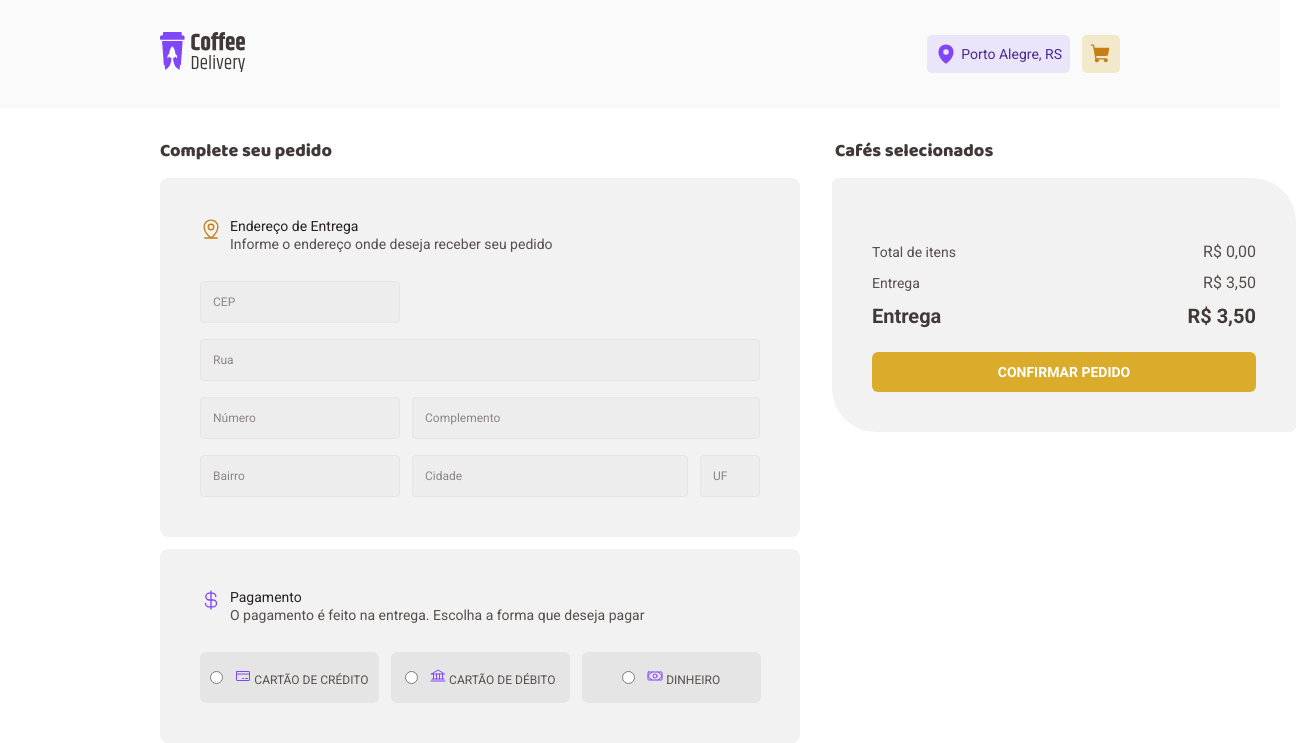
Repository: caueenrico/CoffeDelivery
Page: /checkout
An editor plug-in stored every save of this project. The page is shown before and after a run of saves, followed by the edit.
The browser window is 1280 px wide. The page is 1296 px wide, then 1280 px, then 1296 px, so the pictures cover 1296 px, including what lies to the right of the window. The pictures show the whole page.
The project was rebuilt for these pictures with package versions that can differ from the ones it lists, and the page was loaded fresh each time. Also part of the build but not shown: vite.config.ts, src/components/IpuntNumber/styles.ts, src/components/IpuntNumber/index.tsx, src/pages/CheckOut/components/SelectedCoffes/styles.ts, src/pages/CheckOut/components/SelectedCoffes/index.tsx, src/pages/CheckOut/Pages/Success/styles.ts, src/pages/CheckOut/Pages/Success/components/SendRequest/styles.ts, src/pages/CheckOut/Pages/Success/components/SendRequest/index.tsx and 8 more.

Above is the page before, as saved 2022-10-06 17:54:15.

After the next 8 saves:
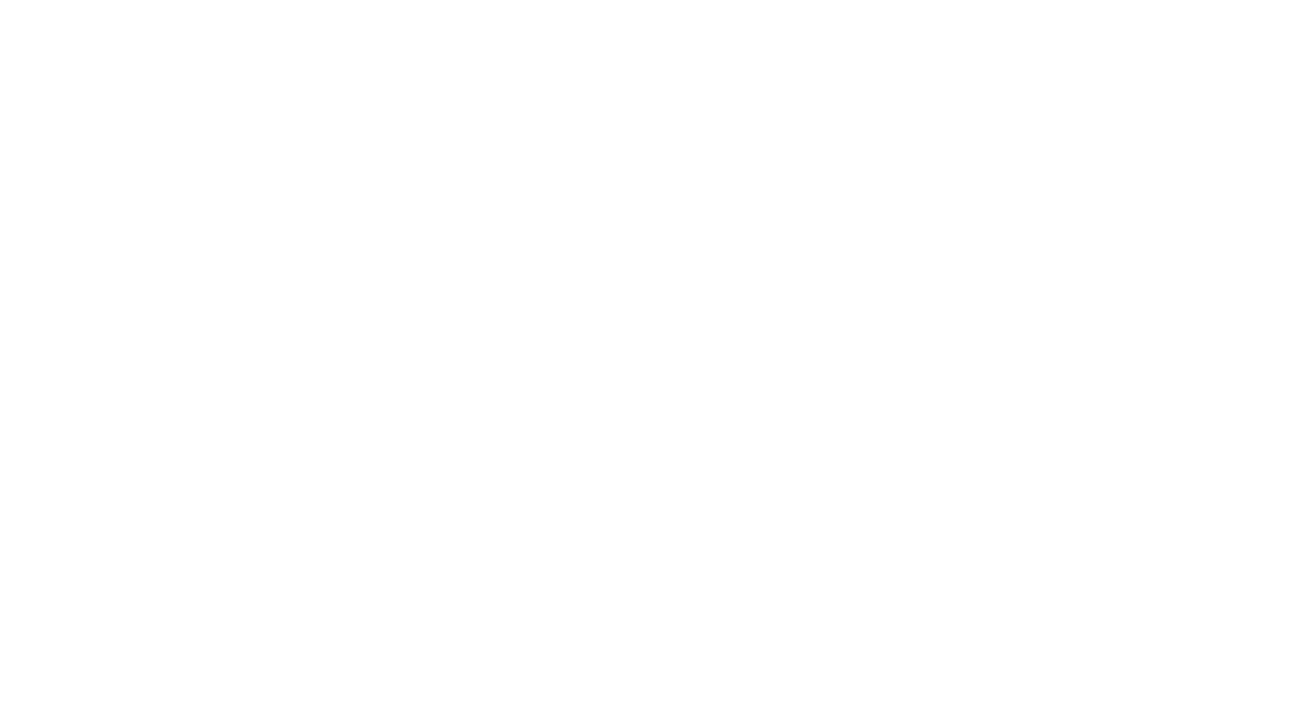
Console error: ReferenceError: ContentContainer is not defined
The 8 saves are shown as one change because 3 did not build or start and some came seconds apart.
The last was saved 45 s later.
--- a/src/components/MetodosPagamento/index.tsx
+++ b/src/components/MetodosPagamento/index.tsx
@@ -1,21 +1,26 @@
-import { CreditCard } from "phosphor-react"
-import { InputHTMLAttributes, ReactNode, useState } from "react"
-import { PaymentMethodos } from "./styles"
+import { CreditCard } from "phosphor-react";
+import { InputHTMLAttributes, ReactNode, useState } from "react";
+import { PaymentMethodos } from "./styles";
 
 type MetodosdePagamentosProps = InputHTMLAttributes<HTMLInputElement> & {
-  title: string
-  icon: ReactNode
+  title: string;
+  icon: ReactNode;
+};
+
+export function MetodosdePagamentos({
+  id,
+  icon,
+  title,
+  ...props
+}: MetodosdePagamentosProps) {
+  return (
+    <PaymentMethodos>
+      <input type="radio" id={id} {...props} name="MetodosDePagamentoOpn" />
+      <ContentContainer>
+        <label htmlFor={id}>
+          {icon} {title}
+        </label>
+      </ContentContainer>
+    </PaymentMethodos>
+  );
 }
-
-export function MetodosdePagamentos({ id, icon, title, ...props }: MetodosdePagamentosProps) {
-
-  return(
-    <PaymentMethodos >
-    <input type="radio" id={id} {...props} name="MetodosDePagamentoOpn"/>
-
-    <label htmlFor={id}>
-    {icon} {title}
-    </label>
-    </PaymentMethodos>
-  )
-}

After the 6 saves that followed:
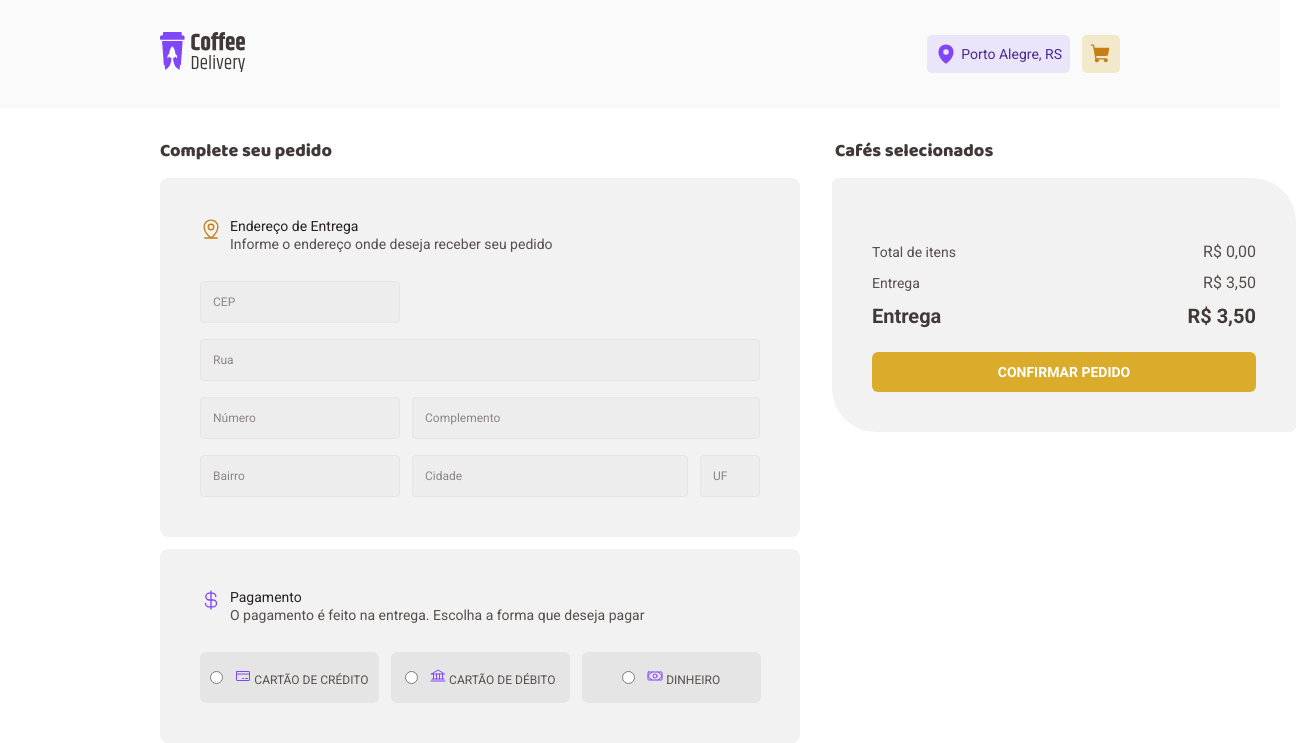
The error is gone.
The 6 saves are shown as one change because 3 left the picture as it was and some came seconds apart.
The last was saved 2 min 2 s later.
--- a/src/components/MetodosPagamento/index.tsx
+++ b/src/components/MetodosPagamento/index.tsx
@@ -16,11 +16,11 @@
   return (
     <PaymentMethodos>
       <input type="radio" id={id} {...props} name="MetodosDePagamentoOpn" />
-      <ContentContainer>
+
         <label htmlFor={id}>
           {icon} {title}
         </label>
-      </ContentContainer>
+
     </PaymentMethodos>
   );
 }
